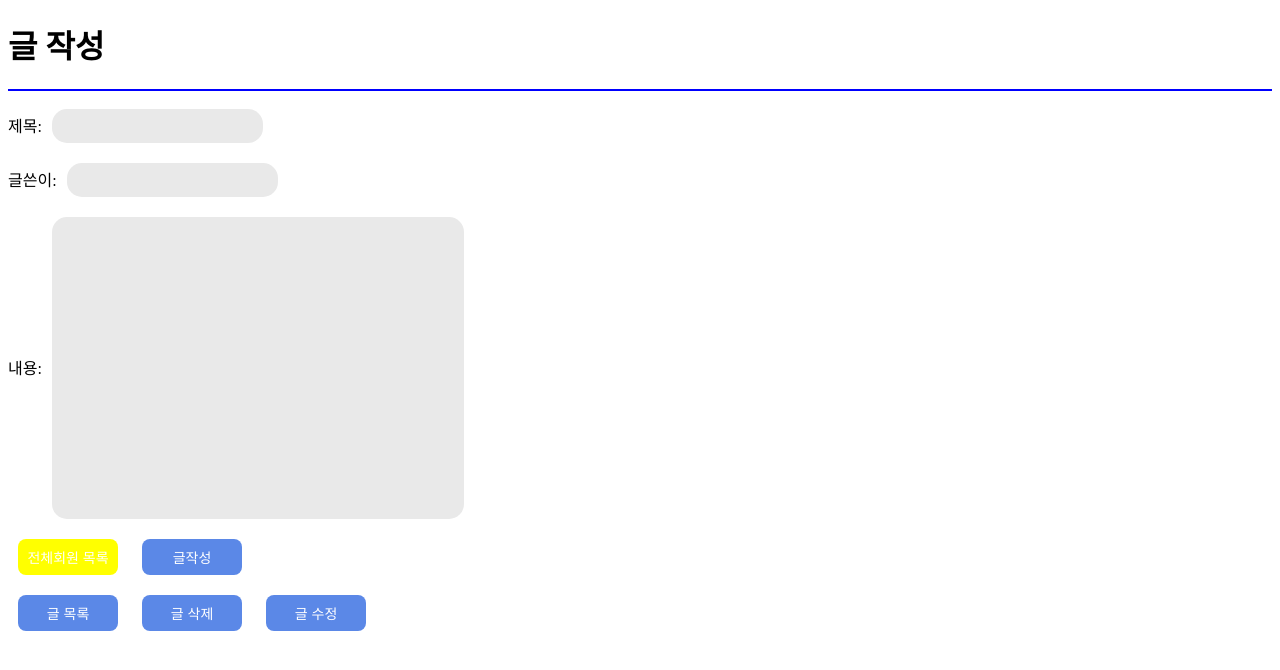
Repository: Yusubin/workEx
Page: test00/src/main/webapp/index.html
An editor plug-in stored every save of this project. The page is shown before and after a run of saves, followed by the edit.
The browser window is 1280 px wide. The pictures show the whole page.

Above is the page before, as saved 2022-02-15 09:21:07.

### test00/src/main/webapp/index.html
<!DOCTYPE html>
<html>
	<head>
	<meta charset="UTF-8">
	<title>글쓰기</title>
	<link rel="stylesheet" type="text/css" href="css/style.css">
	<script type="text/javascript">
	   var frm = document.form;
	   function insert(){
	    	var frm = document.form;
	    	if(frm.title.value == ""){
	    		alert('제목을 해주세요.');
	    		return;
	    	}
	    	if(frm.name.value == ""){
	    		alert("작성자 이름을 입력해주세요.");
	    		return;
	    	}
	    	if(frm.content.value == ""){
	    		alert("내용을 입력해주세요.");
	    		return;
	    	}
	    	if(confirm("게시글을 등록 하시겠습니까?")){
	    		frm.submit();
	    	}
	    }

	</script>
	</head>
	<body>
	<h1>글 작성</h1>
	<hr color="blue">
	<form action="create.jsp"  name="form" method="get" >
		제목:<input type="text" name="title"><br>
		글쓴이:<input type="text" name="name"><br>
		내용:<input type="text" name="content" style="width:400px; height:300px"><br>
	</form>

	<a href="list.jsp">
	<button style="background:yellow;">전체회원 목록</button></a>
	<button onclick="insert()">글작성</button><br>
	<button onclick="location = 'boardList.jsp';">글 목록</button>
	<button onclick="location = 'deleteForm.html';">글 삭제</button>
	<button onclick="location = 'modifyForm.html';">글 수정</button>

</html>

### test00/src/main/webapp/css/style.css
@charset "UTF-8";

input {

  height: 32px;
  font-size: 15px;
  border: 0;
  border-radius: 15px;
  outline: none;
  padding-left: 10px;
  background-color: rgb(233, 233, 233);
  margin:10px;
}

.container {width:100%;}

.section {
	width:900px;
	margin:0 auto;
}

.bluetop {
	border-collapse: collapse;
	border-top: 3px solid #168;
	width:100%;
}
.bluetop th {
  color: #168;
  background: #f0f6f9;
}
.bluetop th, .bluetop td {
  padding: 10px;
  border: 1px solid #ddd;
}
.bluetop th:first-child, .bluetop td:first-child {
  border-left: 0;
}
.bluetop th:last-child, .bluetop td:last-child {
  border-right: 0;
}

#btn, button{cursor:pointer; width:100px; border:0; border-radius:8px; background:#5B88E7; color:#fff; height:36px; font-size:14px; display:inline-block; text-align:center; line-height:36px; margin:10px;}

/*button*/
.btns {float:right;padding-top:5px;}
.btn_style_submit{width:100px; border:0; border-radius:8px; background:#5B88E7; color:#fff; height:36px; font-size:14px; display:inline-block; text-align:center; line-height:36px;}
.btn_style_cancel{width:100px; border:0; border-radius:8px; background:#000; color:#fff; height:36px; font-size:14px; display:inline-block; text-align:center; line-height:36px;}
.btn_style_edit{width:100px; border:0; border-radius:8px; background:#0BB5C2; color:#fff; height:36px; font-size:14px; display:inline-block; text-align:center; line-height:36px;}
.btn_style_delete{width:100px; border:0; border-radius:8px; background:#000; color:#fff; height:36px; font-size:14px; display:inline-block; text-align:center; line-height:36px;}

After the next 2 saves:
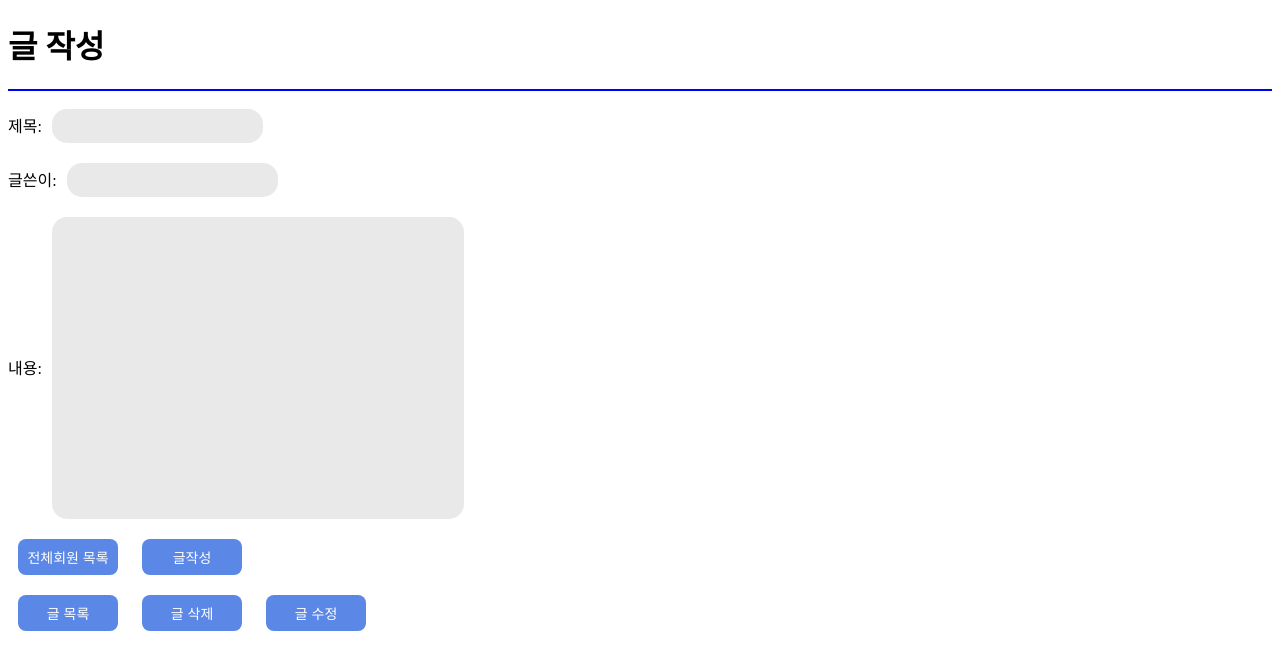
The 2 saves are shown as one change because they came seconds apart.
The last was saved 84 s later.
--- a/test00/src/main/webapp/index.html
+++ b/test00/src/main/webapp/index.html
@@ -37,7 +37,7 @@
 	</form>
 
 	<a href="list.jsp">
-	<button style="background:yellow;">전체회원 목록</button></a>
+	<button>전체회원 목록</button></a>
 	<button onclick="insert()">글작성</button><br>
 	<button onclick="location = 'boardList.jsp';">글 목록</button>
 	<button onclick="location = 'deleteForm.html';">글 삭제</button>
